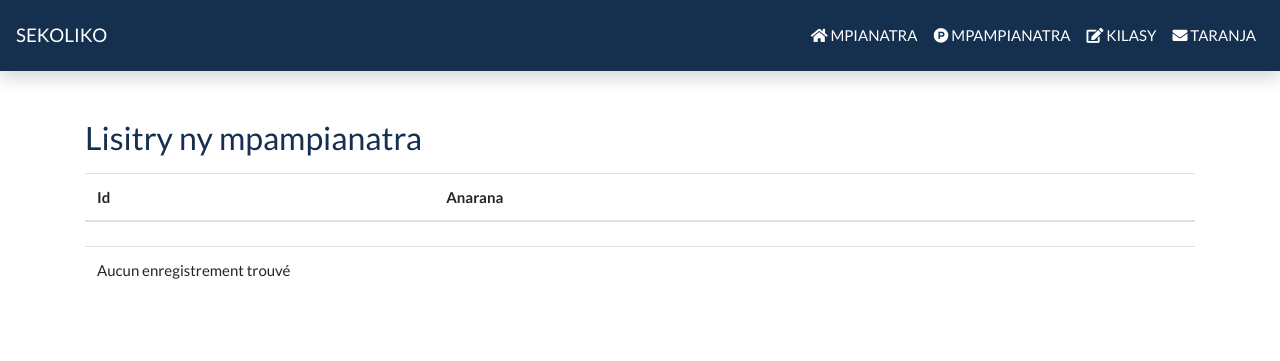
Repository: niainamahefa/j2ee-sekoliko
Page: http://localhost/Ecole/professeur
These files come from the project's save history. The page is drawn as it stood at one moment and after the next save; the edit follows.
The browser window is 1280 px wide. The pictures show the whole page.
The page is served by Tomcat 9. Other server files are loaded and not shown. Queries for data that is not in the repository find no rows.

Above is the page before, as saved 2021-02-07 14:26:25.

### Ecole/WebContent/WEB-INF/professeur.jsp
<%@ page language="java" contentType="text/html; charset=ISO-8859-1"
    pageEncoding="ISO-8859-1"%>
<!DOCTYPE html>
<html>
<head>
<meta charset="ISO-8859-1">
<title>Sekoliko</title>
    <!-- Bootstrap core CSS -->
	<link href="./assets/css/bootstrap.min.css" rel="stylesheet">
	<link href="./assets/fontawesome-free/css/all.min.css" rel="stylesheet" type="text/css">
</head>
<body>
	<nav class="navbar navbar-expand-lg  navbar-dark  bg-primary  shadow container-fluid">

            <a class="navbar-brand lnav" href="#" data-scroll="acceuill">SEKOLIKO</a>
            <div class="collapse navbar-collapse " id="navbarNav">
                <ul class="navbar-nav ml-auto">
                  <li class="nav-item">
                    <a class="nav-link lnav" href="eleve" data-scroll="eleve"><i class="fas fa-home "></i> MPIANATRA <span class="sr-only">(current)</span></a>
                </li>
                <li class="nav-item">
                    <a class="nav-link lnav" href="professeur" data-scroll="produit"><i class="fab fa-product-hunt"></i> MPAMPIANATRA</a>
                </li>
                <li class="nav-item">
                        <a class="nav-link lnav" href="classe" data-scroll="inscription"><i class ="fa fa-edit"></i> KILASY</a>
                    </li>
                <li class="nav-item">
                    <a class="nav-link lnav" href="matiere" data-scroll="contact"><i class ="fa fa-envelope"></i> TARANJA</a>
                </li>
            </ul>
        </div>
    </nav>

    <div class="container mt-5">

    	<table class="table mt-3 " id="table_charge">
    	<h3 class="text-primary mt-3">Lisitry ny mpampianatra </h3>
                    <thead>
                        <tr>
                            <th>Id</th>
                            <th>Anarana</th>
                        </tr>
                    </thead>
                    <tbody>

                            <tr>
                                <td></td>
                                <td></td>
                            </tr>

                            <tr>
                                <td colspan="3">Aucun enregistrement trouvé</td>
                            </tr>

                    </tbody>
                </table>
    </div>

</body>
</html>

### Ecole/src/com/ecole/servlet/ProfesseurServlet.java
package com.ecole.servlet;

import java.io.IOException;
import java.sql.SQLException;
import java.util.List;
import javax.servlet.RequestDispatcher;
import javax.servlet.ServletException;
import javax.servlet.annotation.WebServlet;
import javax.servlet.http.HttpServlet;
import javax.servlet.http.HttpServletRequest;
import javax.servlet.http.HttpServletResponse;

import com.ecole.dao.ProfesseurDao;
import com.ecole.model.Professeur;

/**
 * Servlet implementation class AccueilServlet
 */
@WebServlet("/ProfesseurServlet")
public class ProfesseurServlet extends HttpServlet {
	private static final long serialVersionUID = 1L;

	private ProfesseurDao professeurDao;

    /**
     * @see HttpServlet#HttpServlet()
     */
    public ProfesseurServlet() {
        super();
        // TODO Auto-generated constructor stub
    }

    public void init()  throws ServletException {
    	professeurDao = new ProfesseurDao();
    }

    /**
	 * @see HttpServlet#doPost(HttpServletRequest request, HttpServletResponse response)
	 */
	protected void doPost(HttpServletRequest request, HttpServletResponse response) throws ServletException, IOException {
		// TODO Auto-generated method stub
		doGet(request, response);
	}

	/**
	 * @see HttpServlet#doGet(HttpServletRequest request, HttpServletResponse response)
	 */
	protected void doGet(HttpServletRequest request, HttpServletResponse response) throws ServletException, IOException {
		// TODO Auto-generated method stub
		response.getWriter().append("Served at: ").append(request.getContextPath());

		String action = request.getServletPath();

		switch (action) {
		case "/nouveau":
			showAddForm(request, response);
			break;

		case "/inserer":
			try {
				insertProfesseur(request, response);
			} catch (SQLException e) {
				// TODO Auto-generated catch block
				e.printStackTrace();
			} catch (IOException e) {
				// TODO Auto-generated catch block
				e.printStackTrace();
			}
			break;

		case "/editer":
			showEditForm(request, response);
			break;

		case "/supprimer":
			try {
				deleteProfesseur(request, response);
			} catch (SQLException e) {
				// TODO Auto-generated catch block
				e.printStackTrace();
			} catch (IOException e) {
				// TODO Auto-generated catch block
				e.printStackTrace();
			}
			break;

		case "/modifier":
			updateProfesseur(request, response);
			break;

			default:
				listProfesseur(request, response);
				break;

		}

	}

	private void showAddForm(HttpServletRequest request, HttpServletResponse response)
			throws ServletException, IOException
	{
		 request.getRequestDispatcher("/WEB-INF/professeur-form.jsp").forward(request, response);
	}

	// INSERT MATIERE
	private void insertProfesseur(HttpServletRequest request, HttpServletResponse response)
			throws SQLException, IOException
	{
		String prof_nom = request.getParameter("prof_nom");
		String prof_prenom = request.getParameter("prof_prenom");
		Professeur professeur = new Professeur(prof_nom, prof_prenom);
		professeurDao.insertProfesseur(professeur);
		response.sendRedirect("professeur");

	}

	// DELETE MATIERE
	private void deleteProfesseur(HttpServletRequest request, HttpServletResponse response)
			throws SQLException, IOException
	{
		int elv_id = Integer.parseInt(request.getParameter("elv_id"));

		try {
			professeurDao.deleteProfesseur(elv_id);
		} catch (Exception e) {
			// TODO: handle exception
			e.printStackTrace();
		}

		response.sendRedirect("professeur");
	}

	// EDIT MATIERE
	private void showEditForm(HttpServletRequest request, HttpServletResponse response)
			throws ServletException, ServletException, IOException
	{

		int elv_id = Integer.parseInt(request.getParameter("elv_id"));

		Professeur existingProfesseur;

		try {
			existingProfesseur = professeurDao.selectProfesseur(elv_id);
			RequestDispatcher dispatcher = request.getRequestDispatcher("/WEB-INF/accueil.jsp");
			request.setAttribute("professeur", existingProfesseur);
		} catch (Exception e) {
			e.printStackTrace();
		}
	}

	// UPDATE
	private void updateProfesseur(HttpServletRequest request, HttpServletResponse response)
			throws ServletException, ServletException, IOException
	{
		int elv_id = Integer.parseInt(request.getParameter("elv_id"));
		String prof_nom = request.getParameter("prof_nom");
		String prof_prenom = request.getParameter("prof_prenom");
		Professeur professeur = new Professeur(prof_nom, prof_prenom);
		professeurDao.updateProfesseur(professeur);
		response.sendRedirect("professeur");

	}

	//DEFAULT
	private void listProfesseur(HttpServletRequest request, HttpServletResponse response)
			throws ServletException, ServletException, IOException {

		try {
			List<Professeur> listProfesseur = professeurDao.selectAllProfesseur();
			request.setAttribute("listProfesseur", listProfesseur);
			request.getRequestDispatcher("/WEB-INF/professeur.jsp").forward(request, response);

		} catch (Exception e) {
			e.printStackTrace();
		}
	}


}

Loaded but not shown: Ecole/WebContent/assets/css/bootstrap.min.css (library); Ecole/WebContent/assets/fontawesome-free/css/all.min.css (library)

After the next save:
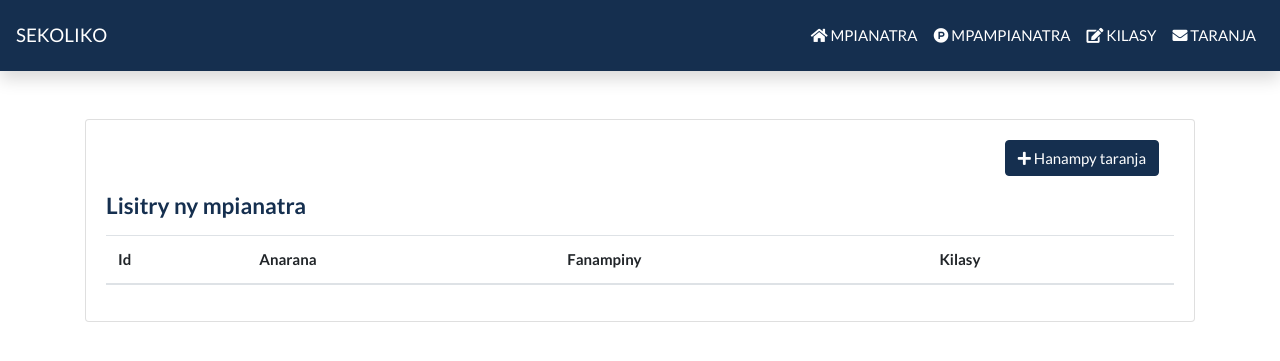
Saved 35 s later.
--- a/Ecole/WebContent/WEB-INF/professeur.jsp
+++ b/Ecole/WebContent/WEB-INF/professeur.jsp
@@ -1,5 +1,6 @@
 <%@ page language="java" contentType="text/html; charset=ISO-8859-1"
     pageEncoding="ISO-8859-1"%>
+<%@ taglib uri="http://java.sun.com/jsp/jstl/core" prefix="c" %>
 <!DOCTYPE html>
 <html>
 <head>
@@ -7,12 +8,15 @@
 <title>Sekoliko</title>
     <!-- Bootstrap core CSS -->
 	<link href="./assets/css/bootstrap.min.css" rel="stylesheet">
-	<link href="./assets/fontawesome-free/css/all.min.css" rel="stylesheet" type="text/css">
+	  <link href="./assets/fontawesome-free/css/all.min.css" rel="stylesheet" type="text/css">
 </head>
 <body>
 	<nav class="navbar navbar-expand-lg  navbar-dark  bg-primary  shadow container-fluid">
 
             <a class="navbar-brand lnav" href="#" data-scroll="acceuill">SEKOLIKO</a>
+            <button class="navbar-toggler" type="button" data-toggle="collapse" data-target="#navbarNav" aria-controls="navbarNav" aria-expanded="false" aria-label="Toggle navigation">
+                <span class="navbar-toggler-icon"></span>
+            </button>
             <div class="collapse navbar-collapse " id="navbarNav">
                 <ul class="navbar-nav ml-auto">
                   <li class="nav-item">
@@ -25,35 +29,45 @@
                         <a class="nav-link lnav" href="classe" data-scroll="inscription"><i class ="fa fa-edit"></i> KILASY</a>
                     </li>
                 <li class="nav-item">
-                    <a class="nav-link lnav" href="matiere" data-scroll="contact"><i class ="fa fa-envelope"></i> TARANJA</a>
+                    <a class="nav-link lnav" href="eleve" data-scroll="contact"><i class ="fa fa-envelope"></i> TARANJA</a>
                 </li>
             </ul>
         </div>
     </nav>
 
     <div class="container mt-5">
-
-    	<table class="table mt-3 " id="table_charge">
-    	<h3 class="text-primary mt-3">Lisitry ny mpampianatra </h3>
+    	<div class="card">
+    		<div class="card-body">
+    		 <div class="container text-right">
+    		 	<a href="<%= request.getContextPath()%>/nouveau" class="btn btn-primary"  ><i class ="fas fa-plus"></i> Hanampy taranja</a>
+    		 </div>
+    			<table class="table mt-3 " id="table_charge">
+    			<h4 class="text-primary mt-3 font-weight-bold">Lisitry ny mpianatra </h4>
                     <thead>
                         <tr>
                             <th>Id</th>
                             <th>Anarana</th>
+                            <th>Fanampiny</th>
+                             <th>Kilasy</th>
                         </tr>
                     </thead>
                     <tbody>
-
+                       <c:forEach var="eleve" items="${listEleve }">
                             <tr>
-                                <td></td>
-                                <td></td>
+                           		 <td><c:out value="${eleve.elv_id }"/></td>
+                                <td><c:out value="${eleve.elv_nom }"/></td>
+                                <td><c:out value="${eleve.elv_prenom }"/></td>
+                                 <td><c:out value="${eleve.elv_cls_k }"/></td>
+                                <td>
+                                <a class="btn btn-sm btn-success" href="editer?elv_id=<c:out value="${eleve.elv_id }"/>" ><i class="fas fa-edit"></i></a>
+                                <a class="btn btn-sm btn-danger" href="supprimer?elv_id=<c:out value="${eleve.elv_id }"/>" ><i class="fas fa-trash"></i></a>
+                                </td>
                             </tr>
-
-                            <tr>
-                                <td colspan="3">Aucun enregistrement trouvé</td>
-                            </tr>
-
+                   		</c:forEach>
                     </tbody>
                 </table>
+    		</div>
+    	</div>
     </div>
 
 </body>
